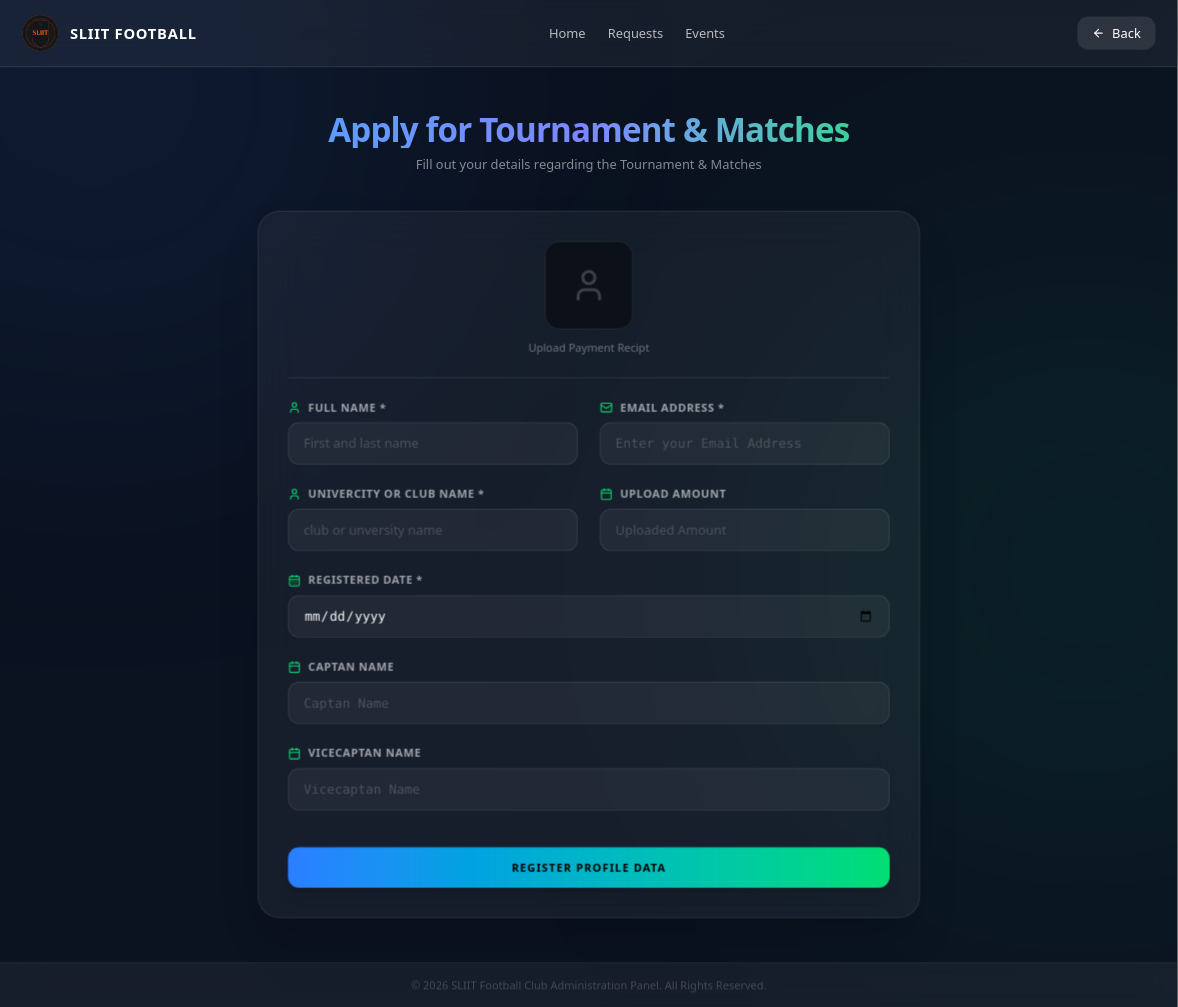
Repository: azeez6789/springboot-footbal-web
Page: /pages/applyform (app in client/)
An editor plug-in stored every save of this project. The page is shown before and after the next save, followed by the edit.
The browser window is 1280 px wide. The pictures show the whole page, at 92% of full size.
The project was rebuilt for these pictures with package versions that can differ from the ones it lists, and the page was loaded fresh each time. Also part of the build but not shown: client/vite.config.js, client/src/common/pages/home.jsx, client/src/common/services/userService.js, client/src/common/component/login.jsx, client/src/common/component/register.jsx, client/src/common/component/About.jsx, client/src/common/pages/event.jsx, client/src/common/pages/ticket.jsx and 13 more.

Above is the page before, as saved 2026-08-08 01:35:13.

After the next save:
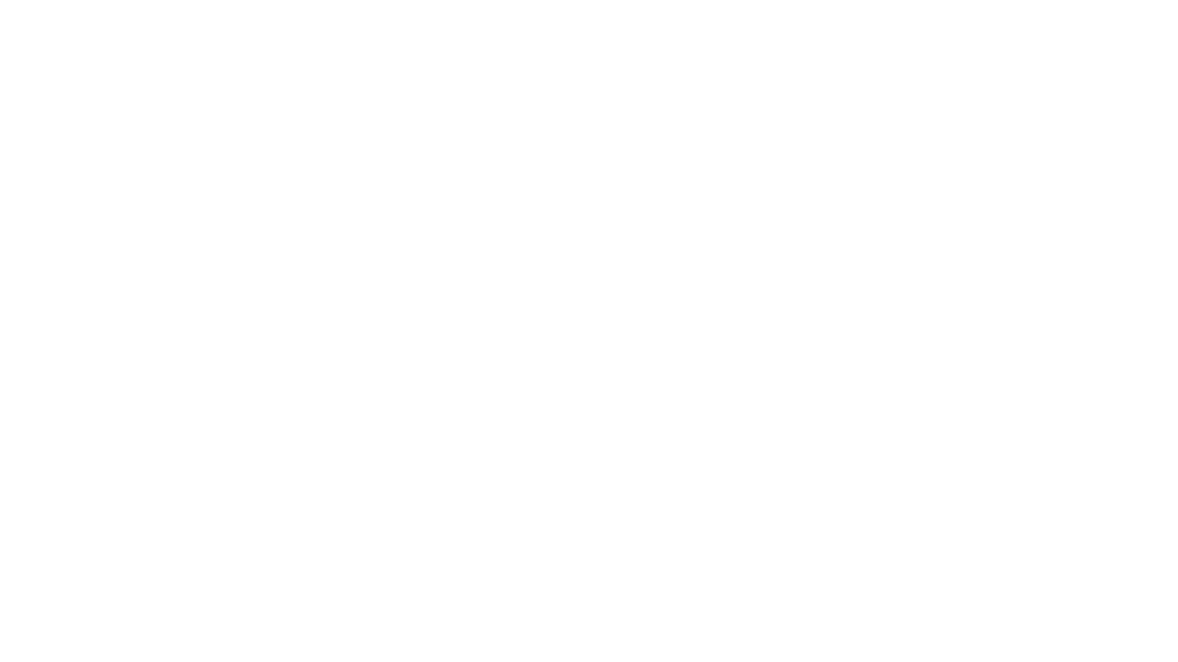
Console error: ReferenceError: handleChange is not defined
Saved 7 s later.
--- a/client/src/function-01/component/userDashboard/tApplyform.jsx
+++ b/client/src/function-01/component/userDashboard/tApplyform.jsx
@@ -21,10 +21,7 @@
   const [loading, setLoading] = useState(false);
   const [message, setMessage] = useState({ type: "", text: "" });
 
-  const handleChange = (e) => {
-    const { name, value } = e.target;
-    setFormData((prev) => ({ ...prev, [name]: value }));
-  };
+
 
   const handleFileChange = (e) => {
     const file = e.target.files[0];

After the save that followed:
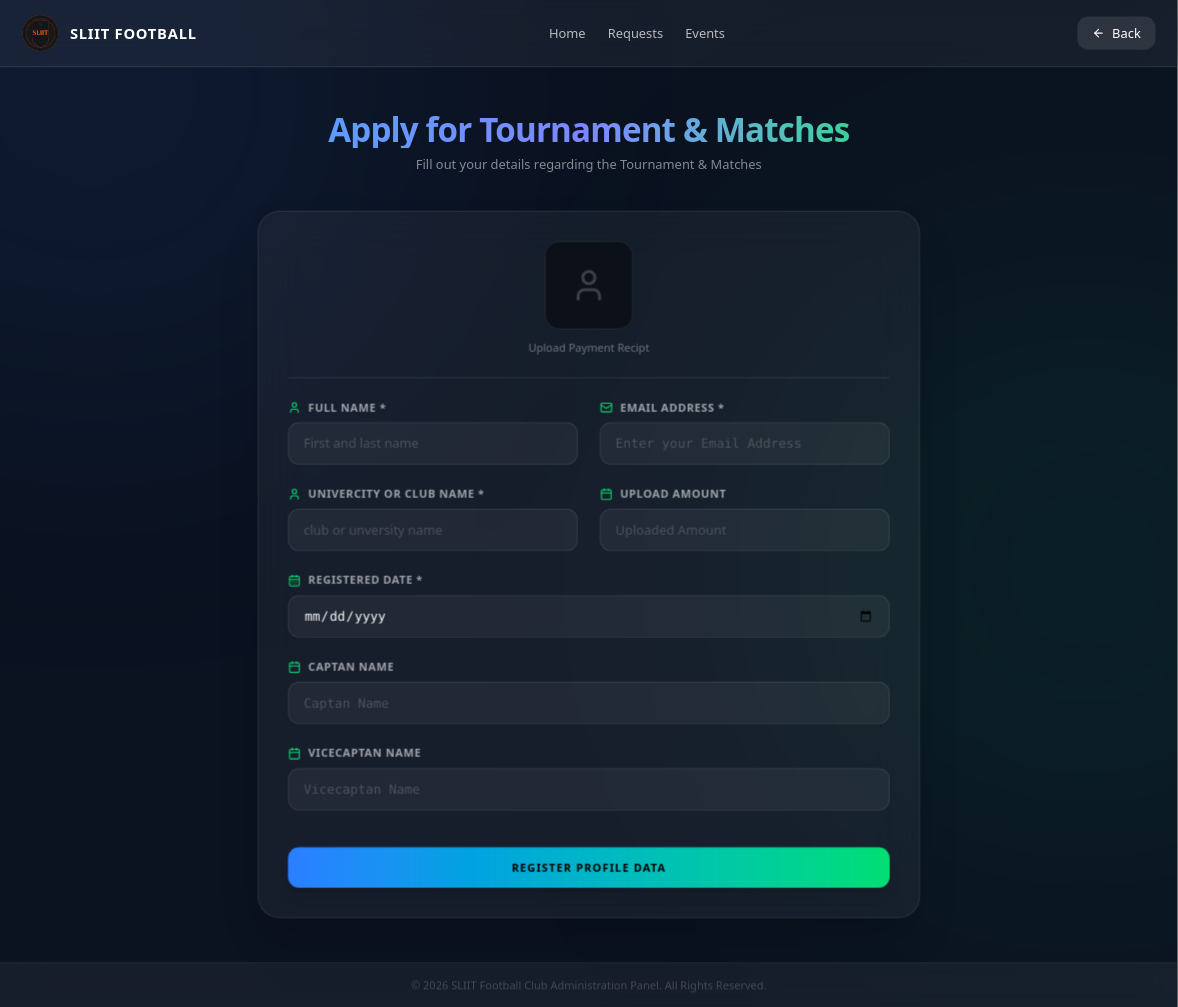
The error is gone.
Saved 9 s later.
--- a/client/src/function-01/component/userDashboard/tApplyform.jsx
+++ b/client/src/function-01/component/userDashboard/tApplyform.jsx
@@ -21,7 +21,10 @@
   const [loading, setLoading] = useState(false);
   const [message, setMessage] = useState({ type: "", text: "" });
 
-
+  const handleChange = (e) => {
+    const { name, value } = e.target;
+    setFormData((prev) => ({ ...prev, [name]: value }));
+  };
 
   const handleFileChange = (e) => {
     const file = e.target.files[0];
